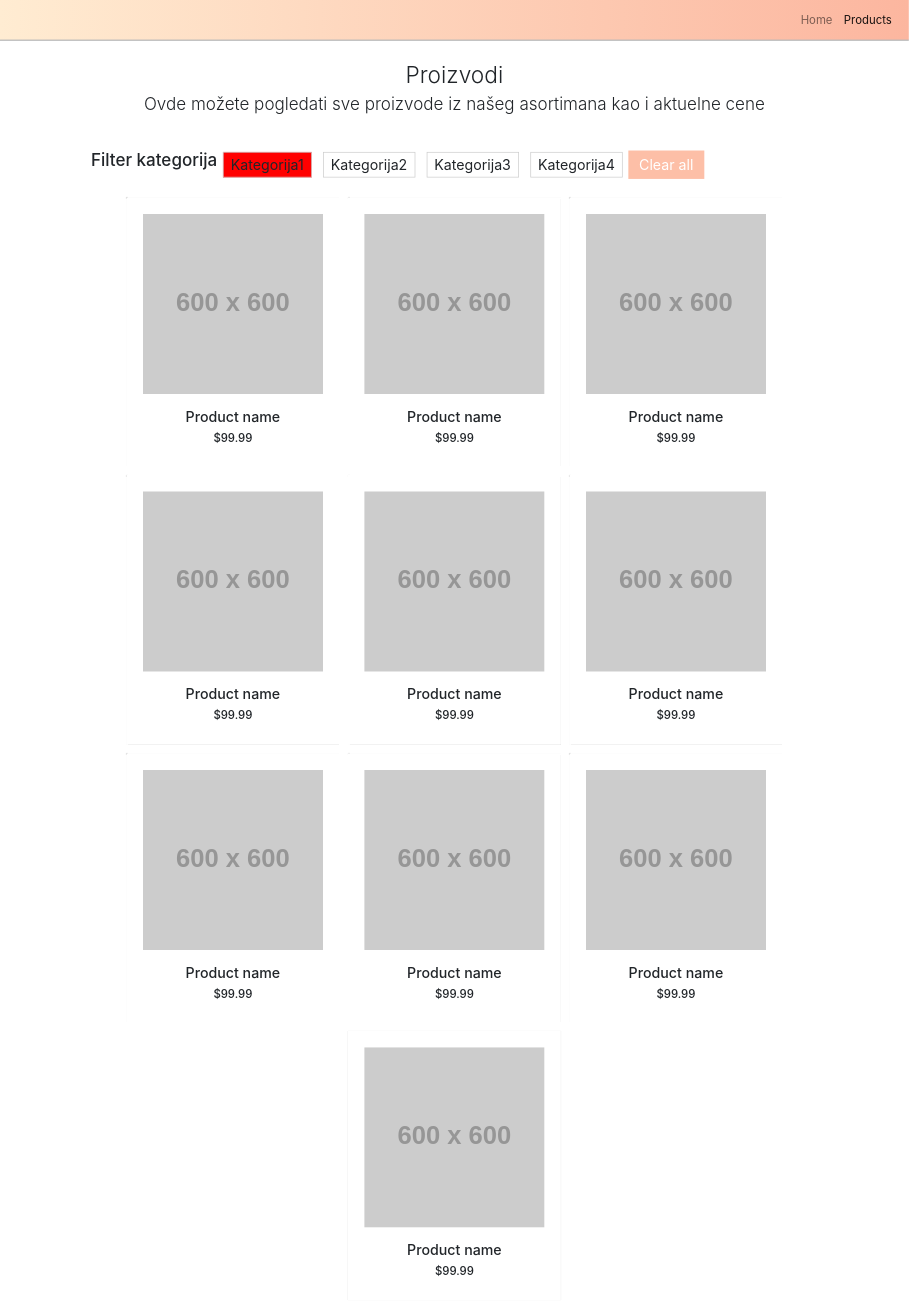
Repository: StevanFilipovic/TemplateForSinglepageWebsite
Page: products.html
These files come from the project's save history. The page is drawn as it stood at one moment and after the next save; the edit follows.
The browser window is 1280 px wide. The pictures show the whole page, at 71% of full size.
The first `input[type=checkbox]` is checked.
Some web libraries are served in a nearby version.

Above is the page before, as saved 2018-06-15 11:33:22.

### products.html
<!doctype html>
<html>
<head>
	<meta charset="utf-8">
	<title>One Page Scroll</title>
	<meta name="title" content="Website by Stevan" />
	<meta name="description" content="Proizvodi"/>
    <link rel="shortcut icon" id="favicon" href="">
    <meta name="viewport" content="initial-scale=1, width=device-width, maximum-scale=1, minimum-scale=1, user-scalable=no">
	<link href='http://fonts.googleapis.com/css?family=Open+Sans:300,400,700' rel='stylesheet' type='text/css'>
	<link href='http://fonts.googleapis.com/css?family=Pacifico:400' rel='stylesheet' type='text/css'>
	<script type="text/javascript" src="http://code.jquery.com/jquery-1.9.1.js"></script>
  <link href='products-page-style.css' rel='stylesheet' type='text/css'>
  <!-- Da bi koristili less potrebno je odkomentarisati donje dve linije i uraditi konverziju css-a i ubaciti u dole navedene fajlove -->
  <!-- <link rel="stylesheet/less" type="text/css" href="onepage-scrool.less" /> -->
  <!-- <link rel="stylesheet/less" type="text/css" href="styles.less" /> -->
  <!-- <script src="less.js" type="text/javascript"></script> -->
  <link rel="stylesheet" href="https://stackpath.bootstrapcdn.com/bootstrap/4.1.1/css/bootstrap.min.css" integrity="sha384-WskhaSGFgHYWDcbwN70/dfYBj47jz9qbsMId/iRN3ewGhXQFZCSftd1LZCfmhktB" crossorigin="anonymous">

<script>
    $(document).ready(function() {
  var $products = $('.grid-products'),
      $filters = $("#filters input[type='checkbox']"),
      product_filter = new ProductFilterLevel1($products, $filters);
  product_filter.init();
});

function ProductFilterLevel1(products, filters) {
  var _this = this;

  this.init = function() {
    this.products = products;
    this.filters = filters;
    this.bindEvents();
  };

  this.bindEvents = function() {
    this.filters.click(this.filterGridProducts);
    $('#none').click(this.removeAllFilters);
  };

  this.filterGridProducts = function() {
    _this.products.hide();
    var selectedFilters = _this.filters.filter(':checked');
    if (selectedFilters.length) {
      var selectedFiltersValues = [];
      selectedFilters.each(function() {
        var currentFilter = $(this);
        selectedFiltersValues.push("[data-" + currentFilter.attr('name') + "='" + currentFilter.val() + "']");
      });
      _this.products.filter(selectedFiltersValues.join(',')).show();
    } else {
      _this.products.show();
    }
  };

  this.removeAllFilters = function() {
    _this.filters.prop('checked', false);
    _this.products.show();
  }
}
</script>

</head>
<body>
        <div class="header">
                <nav class="navbar navbar-expand-lg navbar-light">
                  <!-- <a class="navbar-brand" href="#">Navbar</a> -->
                  <button class="navbar-toggler" type="button" data-toggle="collapse" data-target="#navbarNavDropdown" aria-controls="navbarNavDropdown" aria-expanded="false" aria-label="Toggle navigation">
                    <span class="navbar-toggler-icon"></span>
                  </button>
                  <div class="collapse navbar-collapse justify-content-end" id="navbarNavDropdown">
                    <ul class="navbar-nav">
                      <li class="nav-item ">
                        <a class="nav-link" href="index.html">Home </a>
                      </li>
                      <li class="nav-item active">
                        <a class="nav-link" href="products.html">Products<span class="sr-only">(current)</span></a>
                      </li>
                      </li>
                    </ul>
                  </div>
                </nav>
                </div>
<div class="intro-text">
    <h2>Proizvodi</h2>
    <h4>Ovde možete pogledati sve proizvode iz našeg asortimana kao i aktuelne cene</h4>
</div>
<div id="filters" class="products">
    <div class="filter-wrapper">
      <h4>Filter kategorija</h4>

      <input type="checkbox" name="colour" id="category1" value="category1" ></input>
      <label for="category1">Kategorija1</label>

      <input type="checkbox" name="colour" id="category2" value="category2"></input>
      <label for="category2">Kategorija2</label>

      <input type="checkbox" name="colour" id="category3" value="category3"></input>
      <label for="category3">Kategorija3</label>

      <input type="checkbox" name="colour" id="category4" value="category4"></input>
      <label for="category4">Kategorija4</label>

    </div>
    <div>
      <input class="button-clear dugme" type="button" id="none" value="Clear all"></input>
    </div>
  </div>

          <section class="products">
                <div class="product-card grid-products" data-colour="category1">
                    <div class="product-image">
                        <img src="http://via.placeholder.com/600x600">
                    </div>
                    <div class="product-info">
                        <h5>Product name</h5>
                        <h6>$99.99</h6>
                    </div>
                </div>

                <div class="product-card grid-products" data-colour="category1">
                    <div class="product-image">
                        <img src="http://via.placeholder.com/600x600">
                    </div>
                    <div class="product-info">
                        <h5>Product name</h5>
                        <h6>$99.99</h6>
                    </div>
                </div>

                <div class="product-card grid-products" data-colour="category2">
                    <div class="product-image">
                        <img src="http://via.placeholder.com/600x600">
                    </div>
                    <div class="product-info">
                        <h5>Product name</h5>
                        <h6>$99.99</h6>
                    </div>
                </div>

                <div class="product-card grid-products" data-colour="category2">
                    <div class="product-image">
                        <img src="http://via.placeholder.com/600x600">
                    </div>
                    <div class="product-info">
                        <h5>Product name</h5>
                        <h6>$99.99</h6>
                    </div>
                </div>

                <div class="product-card grid-products" data-colour="category3">
                    <div class="product-image">
                        <img src="http://via.placeholder.com/600x600">
                    </div>
                    <div class="product-info">
                        <h5>Product name</h5>
                        <h6>$99.99</h6>
                    </div>
                </div>

                <div class="product-card grid-products" data-colour="category3">
                    <div class="product-image">
                        <img src="http://via.placeholder.com/600x600">
                    </div>
                    <div class="product-info">
                        <h5>Product name</h5>
                        <h6>$99.99</h6>
                    </div>
                </div>

                <div class="product-card grid-products" data-colour="category3">
                    <div class="product-image">
                        <img src="http://via.placeholder.com/600x600">
                    </div>
                    <div class="product-info">
                        <h5>Product name</h5>
                        <h6>$99.99</h6>
                    </div>
                </div>

                <div class="product-card grid-products" data-colour="category4">
                    <div class="product-image">
                        <img src="http://via.placeholder.com/600x600">
                    </div>
                    <div class="product-info">
                        <h5>Product name</h5>
                        <h6>$99.99</h6>
                    </div>
                </div>

                <div class="product-card grid-products" data-colour="category4">
                    <div class="product-image">
                        <img src="http://via.placeholder.com/600x600">
                    </div>
                    <div class="product-info">
                        <h5>Product name</h5>
                        <h6>$99.99</h6>
                    </div>
                </div>

                <div class="product-card grid-products" data-colour="category4">
                    <div class="product-image">
                        <img src="http://via.placeholder.com/600x600">
                    </div>
                    <div class="product-info">
                        <h5>Product name</h5>
                        <h6>$99.99</h6>
                    </div>
                </div>

            </section>

</body>
</html>

### products-page-style.css
.header{
    background-image: linear-gradient(to right, #ffecd2 0%, #fcb69f 100%);
    border-bottom: 1px solid gray;
}
.intro-text{
  margin: 30px auto 50px;
}
.intro-text h2, .intro-text h4{
  text-align: center;
    font-weight: 300;
}
.products {
	display: flex;
    flex-wrap: wrap;
    width: 90%;
    margin: auto;
    justify-content: center;
}
#filters{
  margin-bottom: 20px;
  justify-content: start;
  width: 80%;
}

.product-card {
	display: flex;
	flex-direction: column;
    max-width: 300px;
	padding: 2%;
  /* flex: 1 16%; */
  margin: 6px;

	background-color: #FFF;
	box-shadow: 0px 0px 1px 0px rgba(0,0,0,0.25);
}

.product-image img {
	width: 100%;
}

.product-info {
	margin-top: auto;
	padding-top: 20px;
	text-align: center;
}

@media ( max-width: 920px ) {

	/* .product-card {
		flex: 1 21%;
	} */

	/* .products .product-card:first-child,
	.products .product-card:nth-child(2) {
		flex: 2 46%;
	} */

}

@media ( max-width: 600px ) {

	/* .product-card {
		flex: 1 46%;
	} */

}

@media ( max-width: 480px ) {

	h1 {
		margin-bottom: 20px;
	}

	.product-filter {
		flex-direction: column;
	}

	.sort {
		align-self: flex-start;
	}

}


/* Checkmark */

/* Customize the label (the container) */
.filter-wrapper input[type=checkbox]{
  display: none;
}


.filter-category{
  border: 1px solid #cccccc;
  padding: 2px 10px;
  margin: auto 8px;
}

input[type=checkbox] + label {
  display: block;
  position: relative;
  margin: auto 8px;
  cursor: pointer;
  font-size: 20px;
  -webkit-user-select: none;
  -moz-user-select: none;
  -ms-user-select: none;
  user-select: none;
  border: 1px solid #cccccc;
  padding: 2px 10px;
}
input[type=checkbox]:checked + label {
  background: #f00;
  font-style: normal;
}


  /* Hide the browser's default checkbox */
  .filter-container input {
    position: absolute;
    opacity: 0;
    cursor: pointer;
  }

  /* Create a custom checkbox */
  .checkmark {
    position: absolute;
    top: 0;
    left: 0;
    height: 30px;
    width: 30px;
    background-color: #eee;
    display: none;
  }

  /* On mouse-over, add a grey background color */
  .filter-container:hover input ~ .checkmark {
    background-color: #ccc;
  }

  /* When the checkbox is checked, add a blue background */
  .filter-container input:checked ~ .checkmark {
    background-color: #fdbfa7;
  }

  /* Create the checkmark/indicator (hidden when not checked) */
  .checkmark:after {
    content: "";
    position: absolute;
    display: none;
  }

  /* Show the checkmark when checked */
  .filter-container input:checked ~ .checkmark:after {
    display: block;
  }

  /* Style the checkmark/indicator */
  .filter-container .checkmark:after {
    left: 9px;
    top: 5px;
    width: 10px;
    height: 15px;
    border: solid white;
    border-width: 0 3px 3px 0;
    -webkit-transform: rotate(45deg);
    -ms-transform: rotate(45deg);
    transform: rotate(45deg);
  }

  .filter-wrapper{
      display: contents;
      margin-bottom: 15px;
  }

  .button-clear{
    background: #FDBFA7;
    font-size: 20px;
    color: white;
    border-style: none;
    cursor: pointer;
    padding: 5px 15px;
  }

After the next save:
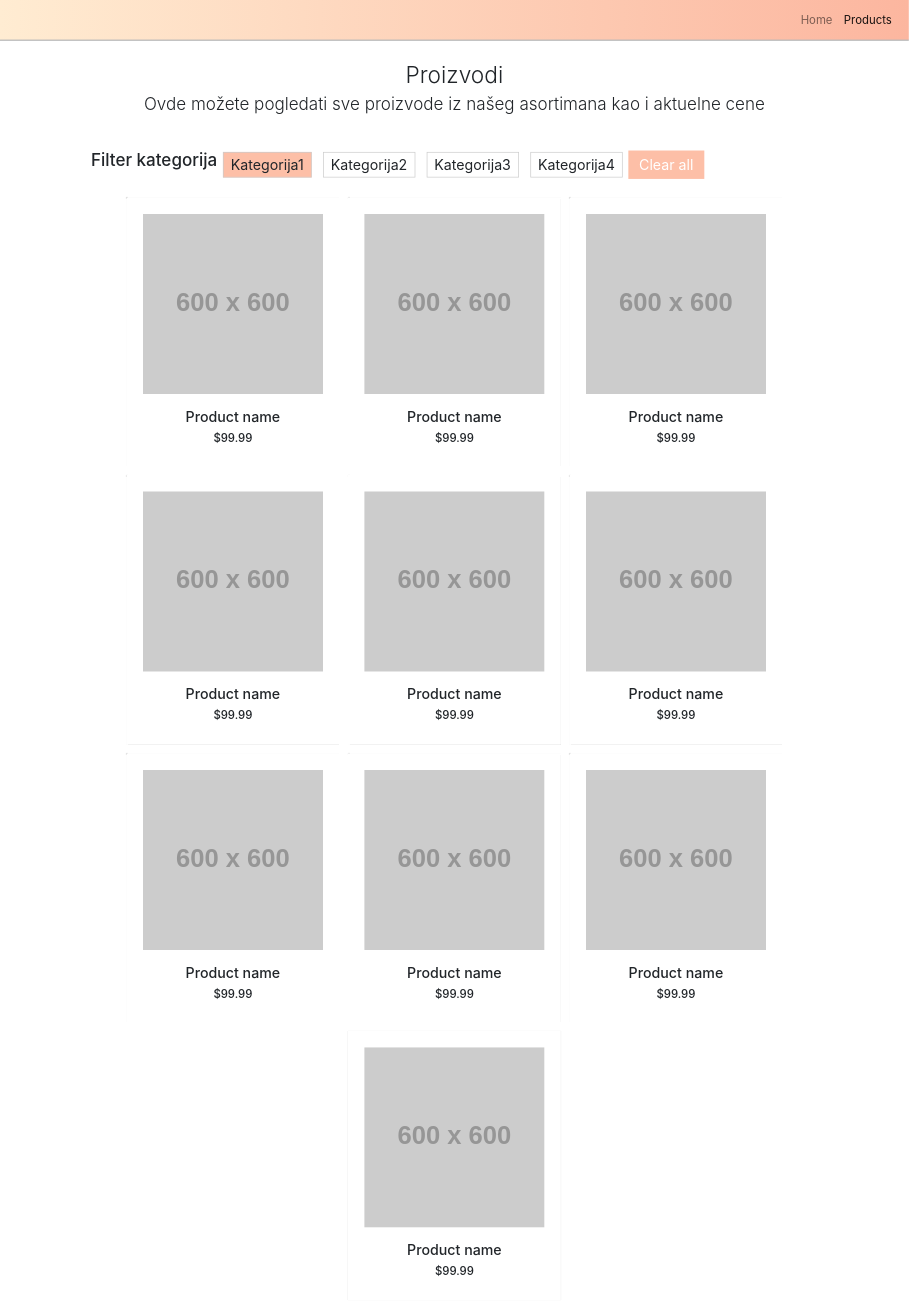
Saved 40 s later.
--- a/products-page-style.css
+++ b/products-page-style.css
@@ -110,7 +110,7 @@ input[type=checkbox] + label {
   padding: 2px 10px;
 }
 input[type=checkbox]:checked + label {
-  background: #f00;
+  background: #fdbfa7;
   font-style: normal;
 }
 
